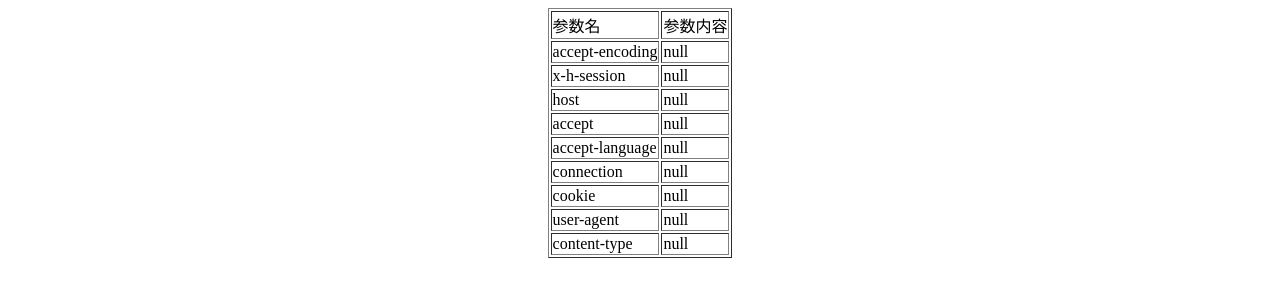
Repository: Miyanaqy/Tomcat_JSP
Page: http://localhost/TomcatTest/request_table.jsp
These files come from the project's save history. The page is drawn as it stood at one moment and after the next save; the edit follows.
The browser window is 1280 px wide. The pictures show the whole page.
The page is served by Tomcat 9. Other server files are loaded and not shown.

Above is the page before, as saved 2017-07-08 09:09:35.

### TomcatTest/WebContent/request_table.jsp
<%@ page language="java" contentType="text/html; charset=UTF-8"
    pageEncoding="UTF-8"%>
    <%@ page import="java.util.*" %>
<!DOCTYPE html PUBLIC "-//W3C//DTD HTML 4.01 Transitional//EN" "http://www.w3.org/TR/html4/loose.dtd">
<html>
<head>
<meta http-equiv="Content-Type" content="text/html; charset=UTF-8">
<title>Insert title here</title>
</head>
<body>
<%
	request.setCharacterEncoding("UTF-8");
%>
<center>
<table border="1">
<tr>
<td>参数名</td>
<td>参数内容</td>
</tr>
<%
 Enumeration enu = request.getHeaderNames();
while(enu.hasMoreElements()){
	String paramName = (String)enu.nextElement();
	%>


	<tr>
	<td>
	<%= paramName %>
	</td>
	<td>
	<%
		if(paramName.startsWith("**")){
			String[] paramValues = request.getParameterValues(paramName);
			for(int i=0;i<paramValues.length;i++){
				%>
				<%= paramValues[i] %>、
				<%
			}
 		}else{
 			String paramValue = request.getParameter(paramName);
 			%>
 				<%= paramValue %>
 			<%
 		}
	%>
	</td>
	</tr>
	<%
}
%>
</table>
</center>
</body>
</html>

After the next save:
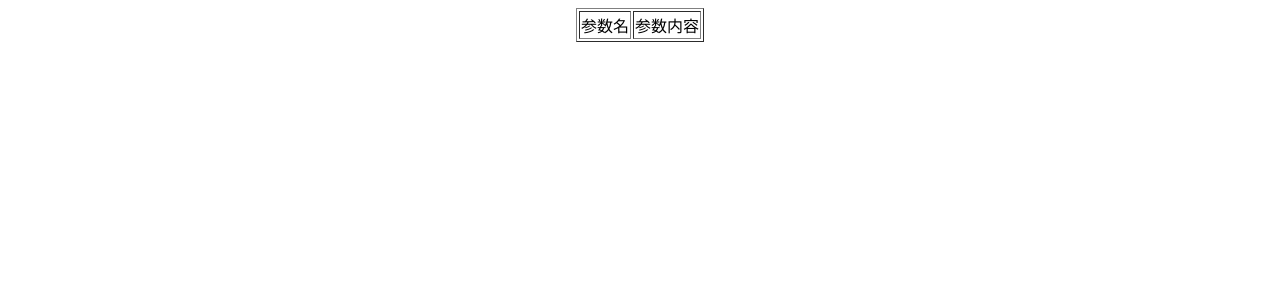
Saved 27 s later.
--- a/TomcatTest/WebContent/request_table.jsp
+++ b/TomcatTest/WebContent/request_table.jsp
@@ -18,7 +18,7 @@
 <td>参数内容</td>
 </tr>
 <%
- Enumeration enu = request.getHeaderNames();
+ Enumeration enu = request.getParameterNames();
 while(enu.hasMoreElements()){
 	String paramName = (String)enu.nextElement();
 	%>
